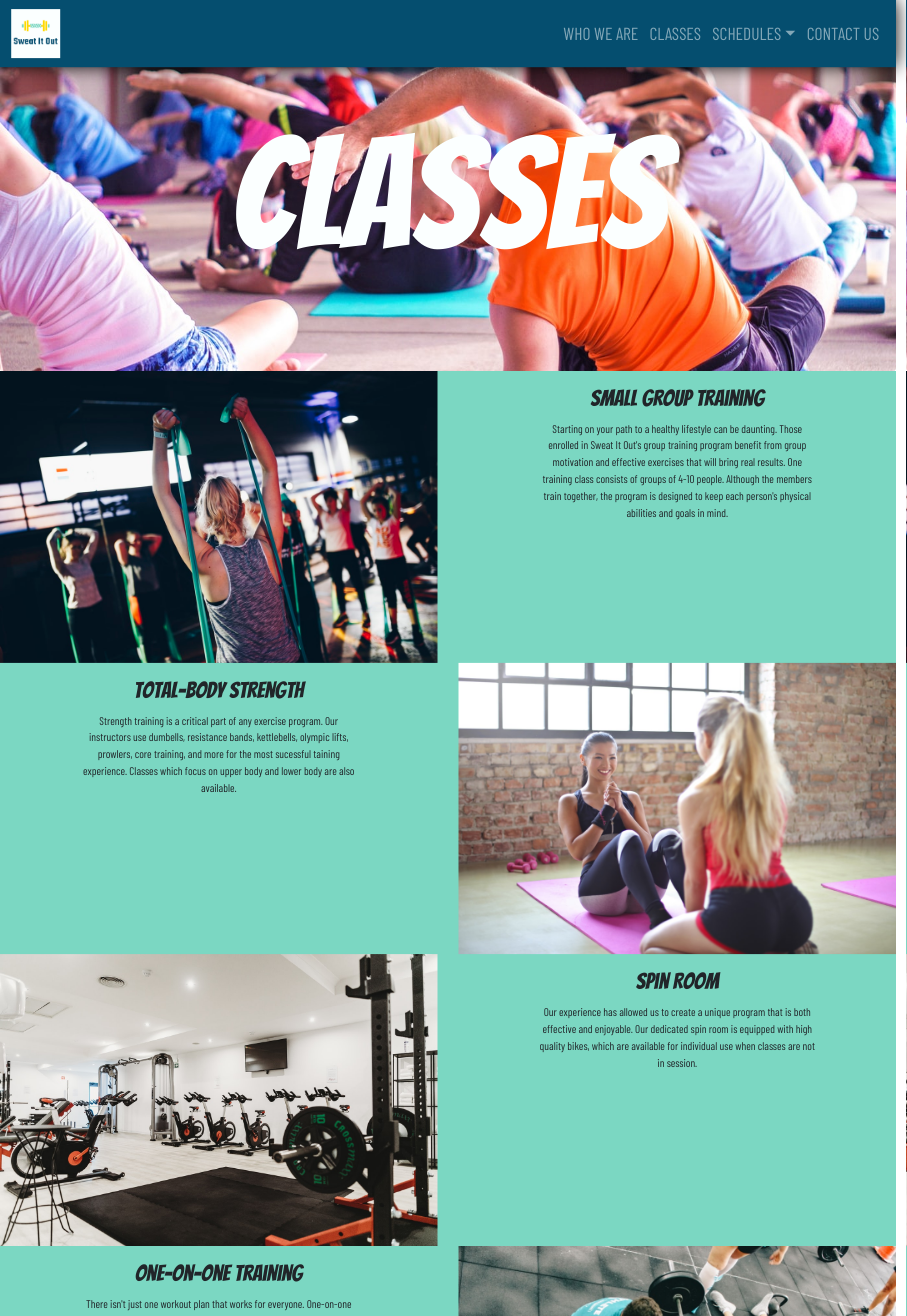
Repository: amybru/sweatitout
Page: classes.html
The author's editor kept a record of every edit. The page is drawn from the files as they stood at one moment, then again after the next edit.
The browser window is 1280 px wide. The page is 1295 px wide, so the pictures cover 1295 px, including what lies to the right of the window. The pictures show the part of the page from y = 0 to 1880 px (the page is 2873 px tall), at 70% of full size.
Some web fonts or font styles are not loaded; a fallback is used. Some web libraries are served in a nearby version.

Above is the page before.

### classes.html
<!DOCTYPE html>
<html>

<head>
    <meta charset="utf-8">
    <meta name="viewport" content="width=device-width, initial-scale=1.0">
    <link rel="stylesheet" href="https://maxcdn.bootstrapcdn.com/bootstrap/4.2.1/css/bootstrap.min.css" type="text/css" />
    <link rel="stylesheet" href="https://maxcdn.bootstrapcdn.com/font-awesome/4.7.0/css/font-awesome.min.css" type="text/css" />
    <link href="https://fonts.googleapis.com/css?family=Bangers|Barlow+Condensed:200,300,400,500,700&display=swap" rel="stylesheet">
    <link rel="stylesheet" type="text/css" href="css/style.css">
    <title>Gym</title>
</head>

<body>

    <header>
        <nav class="navbar navbar-expand-lg navbar-dark bg-default fixed-top">
            <a class="navbar-brand" href="index.html">
    <img src="./img/logo.png" width="70" height="70" alt="logo">
  </a>
            <button class="navbar-toggler" type="button" data-toggle="collapse" data-target="#navbarNavDropdown" aria-controls="navbarNavDropdown" aria-expanded="false" aria-label="Toggle navigation">
    <span class="navbar-toggler-icon"></span>
  </button>
            <div class="collapse navbar-collapse" id="navbarNavDropdown">
                <ul class="navbar-nav ml-auto">
                    <li class="nav-item">
                        <a class="nav-link uppercase" href="about.html">Who We Are</a>
                    </li>
                    <li class="nav-item">
                        <a class="nav-link uppercase" href="classes.html">Classes</a>
                    </li>
                    <li class="nav-item dropdown d-none d-lg-block">
                        <a class="nav-link dropdown-toggle uppercase" href="#" id="navbarDropdownMenuLink" role="button" data-toggle="dropdown" aria-haspopup="true" aria-expanded="false">Schedules</a>
                        <div class="dropdown-menu" aria-labelledby="navbarDropdownMenuLink">
                            <a class="dropdown-item uppercase" href="./img/2018schedule.pdf" target="_blank">2018 Schedule</a>
                            <a class="dropdown-item uppercase" href="./img/2019schedule.pdf" target="_blank">2019 Schedule</a>
                            <a class="dropdown-item uppercase" href="./img/2019schedule.pdf" target="_blank">2020 Schedule</a>
                        </div>
                    </li>
                    <li class="nav-item">
                        <a class="nav-link uppercase" href="contact.html">Contact Us</a>
                    </li>
                </ul>
            </div>
        </nav>
    </header>

    <section class="jumbotron" id="classes-view">
        <div class="row">
            <div class="col-12">
                <section class="callout">
                    <h1 class="gym-name">Classes</h1>
                </section>
            </div>
        </div>
    </section>

    <section class="container-fluid classesavailable">
        <div class="row">
            <div class="col-md-6 order-2 order-md-1">
                <img class="img-fluid" src="./img/gymthree.jpg" alt="Small Group" id="optionone">
            </div>
            <div class="col-md-6 text-center order-1 order-md-2">
                <div class="row justify-content-center">
                    <div class="col-10 col-lg-8 blurb">
                        <h4 class="card-title">Small Group Training</h4>
                        <p class="card-text">Starting on your path to a healthy lifestyle can be daunting. Those enrolled in Sweat It Out's group training program benefit from group motivation and effective exercises that will bring real results. One training class consists of groups of 4-10 people. Although the members train together, the program is designed to keep each person's physical abilities and goals in mind. </p>
                    </div>
                </div>
            </div>
        </div>

        <div class="row">
            <div class="col-md-6 text-center order-2 order-md-1">
                <div class="row justify-content-center">
                    <div class="col-10 col-lg-8 blurb">
                        <h4 class="card-title">Total-Body Strength</h4>
                        <p class="card-text">
                            Strength training is a critical part of any exercise program. Our instructors use dumbells, resistance bands, kettlebells, olympic lifts, prowlers, core training, and more for the most sucessful taining experience. Classes which focus on upper body and lower body are also available.
                        </p>
                    </div>
                </div>
            </div>
            <div class="col-md-6 order-2 order-md-1">
                <img class="img-fluid" src="./img/gymone.jpeg" alt="Total Body Strength" id="optiontwo">
            </div>
        </div>


        <div class="row">
            <div class="col-md-6 order-2 order-md-1">
                <img class="img-fluid" src="./img/classesone.jpg" alt="Spinroom" id="optionthree">
            </div>
            <div class="col-md-6 text-center order-1 order-md-2">
                <div class="row justify-content-center">
                    <div class="col-10 col-lg-8 blurb">
                        <h4 class="card-title">Spin Room</h4>
                        <p class="card-text">Our experience has allowed us to create a unique program that is both effective and enjoyable. Our dedicated spin room is equipped with high quality bikes, which are available for individual use when classes are not in session.</p>
                    </div>
                </div>
            </div>
        </div>

        <div class="row">
            <div class="col-md-6 text-center order-2 order-md-1">
                <div class="row justify-content-center">
                    <div class="col-10 col-lg-8 blurb">
                        <h4 class="card-title">One-On-One Training</h4>
                        <p class="card-text">There isn't just one workout plan that works for everyone. One-on-one training is a personalized training oportunity. Your trainer will work with you to help you set and reach your goals. Reward yourself with improved health, mood, confidence, energy and longevity.</p>
                    </div>
                </div>
            </div>
            <div class="col-md-6 order-2 order-md-1">
                <img class="img-fluid" src="./img/gymtwo.jpg" alt="One-On-One" id="optionfour">
            </div>
        </div>

    </section>



    <section class="scheduling ">
        <table>
            <tr>
                <td class="weekday">Sunday</td>
                <td class="weekday">Monday</td>
                <td class="weekday">Tuesday</td>
                <td class="weekday">Wednesday</td>
                <td class="weekday">Thursday</td>
                <td class="weekday">Friday</td>
                <td class="weekday">Saturday</td>
            </tr>
            <tr>
                <td></td>
                <td>5:30am Lower-Body Burn</td>
                <td></td>
                <td>6:00am Upper-Body burn</td>
                <td>5:30am Lower-Body Burn</td>
                <td>6:00am Upper-Body Burn</td>
                <td></td>
            </tr>
            <tr>
                <td>7:00am Total Body Strength</td>
                <td></td>
                <td>7:00am Total Body Strength</td>
                <td></td>
                <td>7:00am Total Body Strength</td>
                <td></td>
                <td>7:00am Total Body Strength</td>
            </tr>
            <tr>
                <td>9:00am Spin Room</td>
                <td></td>
                <td></td>
                <td></td>
                <td></td>
                <td>9:00am Spin Room</td>
                <td>9:00am Spin Room</td>
            </tr>
            <tr>
                <td></td>
                <td></td>
                <td></td>
                <td>5:30pm Upper-Body Burn</td>
                <td>6:30pm Lower-Body Burn</td>
                <td>5:30pm Upper-Body Burn</td>
                <td>4:30pm Lower-Body Burn</td>
            </tr>
            <tr>
                <td>7:00pm Total Body Strength</td>
                <td>6:30pm Lower-Body Burn</td>
                <td>7:00pm Total Body Strength</td>
                <td></td>
                <td>7:00pm Total Body Strength</td>
                <td></td>
                <td>7:00pm Spin Room</td>
            </tr>
        </table>
    </section>

    <div class="row" id="schedule">
        <div class="col-sm-6">
            <h5 class="uppercase general-sub">Download the most up to date schedule</h5>
            <a href="./img/2019schedule.pdf" target="_blank" class="schedule-pdf" target="_blank">
                    <i class="fa fa-download" aria-hidden="true"></i>
                    <span class="sr-only">Download link</span>
                </a>
        </div>

        <div class="col-sm-6">
            <h5 class="uppercase general-sub">Questions? Interested in signing up for a class?</h5>
            <a href="contact.html" class="btn btn-lg classesbtn uppercase">Sign up today!</a>
        </div>
    </div>


    <footer class="footer container-fluid" id="footer">
        <div>
            <div id="footer-details">
                <h5 class="footer-name uppercase">SWEAT IT OUT</h5>
                <p class="block">123 1st Street<br> (555) 222-2323</p>
            </div>

            <div class="footer-social">
                <ul class="list-inline social-links">
                    <li class="list-inline-item">
                        <a target="_blank" href="https://www.facebook.com/">
                            <i class="fa fa-facebook" aria-hidden="true"></i>
                            <span class="sr-only"Facebook></span>
                        </a>
                    </li>
                    <li class="list-inline-item">
                        <a target="_blank" href="https://www.yelp.com/">
                            <i class="fa fa-yelp" aria-hidden="true"></i>
                            <span class="sr-only"Yelp></span>
                        </a>
                    </li>
                    <li class="list-inline-item">
                        <a target="_blank" href="https://www.google.com/">
                            <i class="fa fa-google-plus" aria-hidden="true"></i>
                            <span class="sr-only"Google+></span>
                        </a>
                    </li>
                    <li class="list-inline-item">
                        <a target="_blank" href="https://www.instagram.com/">
                            <i class="fa fa-instagram" aria-hidden="true"></i>
                            <span class="sr-only"Instagram></span>
                        </a>
                    </li>
                    <li class="list-inline-item">
                        <a target="_blank" href="https://twitter.com/?lang=en">
                            <i class="fa fa-twitter" aria-hidden="true"></i>
                            <span class="sr-only"Twitter></span>
                        </a>
                    </li>
                </ul>
            </div>
        </div>

    </footer>

</body>

<script src="https://code.jquery.com/jquery-3.3.1.slim.min.js" integrity="sha384-q8i/X+965DzO0rT7abK41JStQIAqVgRVzpbzo5smXKp4YfRvH+8abtTE1Pi6jizo" crossorigin="anonymous"></script>
<script src="https://cdnjs.cloudflare.com/ajax/libs/popper.js/1.14.7/umd/popper.min.js" integrity="sha384-UO2eT0CpHqdSJQ6hJty5KVphtPhzWj9WO1clHTMGa3JDZwrnQq4sF86dIHNDz0W1" crossorigin="anonymous"></script>
<script src="https://stackpath.bootstrapcdn.com/bootstrap/4.3.1/js/bootstrap.min.js" integrity="sha384-JjSmVgyd0p3pXB1rRibZUAYoIIy6OrQ6VrjIEaFf/nJGzIxFDsf4x0xIM+B07jRM" crossorigin="anonymous"></script>

</html>

### css/style.css
/* ----------------------------------------General */

body {
    font-family: 'Barlow Condensed', sans-serif;
    font-size: 400;
    margin-top: 80px;
    margin-bottom: 0;
}

h1 {
    font-family: 'Bangers', sans-serif;
}

.card-button {
    display: block;
    max-width: 300px;
    margin: auto;
    font-family: 'Bangers', sans-serif;
    font-weight: bold;
    border-radius: 23px;
    width: 160px;
    margin-top: 20px;
    background-color: #054e6f;
    color: #fbffff;
}

.card-button:hover {
    background-color: #ffd900;
    color: #fbffff;
}

.reviewb {
    background-color: #054e6f;
    color: #fbffff;
    border-radius: 23px;
    font-family: 'Bangers', sans-serif;
}

.reviewb:hover {
    background-color: #67c60a;
    color: #fbffff;
}

.modalbtn {
    color: #054e6f;
    background-color: #ffd900;
    border-color: #f05f40;
    border-radius: 23px;
    font-family: 'Bangers', sans-serif;
}

.landingbutton {
    color: #054e6f;
    background-color: #ffd900;
    border-radius: 23px;
    border-color: #054e6f;
    font-family: 'Bangers', sans-serif;
}

.landingbutton:hover {
    color: #ffd900;
    background-color: #054e6f;
}

.free-button {
    display: block;
    max-width: 500px;
    margin: auto;
    font-family: 'Bangers', sans-serif;
    font-weight: bold;
    border-radius: 23px;
    width: 300px;
    margin-top: 40px;
    background-color: #054e6f;
    color: #fbffff;
}

.free-button:hover {
    background-color: #67c60a;
    color: #fbffff;
}

.btn-contact[type="submit"] {
    margin-top: 20px;
    margin-bottom: 30px;
    color: #000;
    background-color: #ffd900;
    font-family: 'Bangers', sans-serif;
}

.btn-contact:hover {
    color: #ffd900;
    background-color: #000;
}

.uppercase {
    text-transform: uppercase;
}

/* ----------------------------------------Navbar*/

nav {
    background-color: #054e6f;
    position: fixed;
    top: 0;
    left: 0;
    right: 0;
    display: flex;
    box-shadow: 0 0 25px 0 #000;
    z-index: 1;
}


.navbar-brand {
    width: 80px;
    height: 80px;
    transition: transform .2s;
}

.navbar-brand:hover {
    transform: scale(1.25);
}

.navbar-nav li a {
    text-decoration: none;
    color: #fbffff;
    font-size: 25px;
    border-radius: 23px;
    text-align: right;
    transition-property: background-color;
    transition-duration: .5s;
    transition-timing-function: ease-in-out;
}

.navbar-nav li a:hover {
    color: #054e6f;
    background-color: #fbffff;
    border-radius: 23px;
}

.dropdown-menu {
    background-color: #ffd900;
    color: #054e6f;
    position: relative;
}

.dropdown-item {
    background-color: #ffd900;
    color: #054e6f;
    border-radius: 23px;
}

.dropdown-item:hover {
    color: #054e6f;
    background-color: #fbffff;
    transition-property: background-color;
    transition-duration: .5s;
    transition-timing-function: ease-in-out;
}

/* ---------------------------------------Jumbotrons */

.jumbotron {
    height: 22em;
    display: flex;
    justify-content: center;
    text-align: center;
    position: relative;
    margin-bottom: 0;
}

#landing-view {
    background-image: url("../img/fit.jpg");
    max-height: 450px;
    background-position: center;
    background-repeat: no-repeat;
    background-size: cover;
    text-align: center;
    font-size: 2vw;
    color: #fbffff;
}

#about-view {
    background-image: url("../img/sweatitoutgym.jpg");
    max-height: 450px;
    background-position: center;
    background-repeat: no-repeat;
    background-size: cover;
    text-align: center;

    font-size: 2.5vw;
    color: #fbffff;
}

#classes-view {
    background-image: url("../img/workout.jpg");
    max-height: 450px;
    background-position: center;
    background-repeat: no-repeat;
    background-size: cover;
    text-align: center;

    font-size: 2.5vw;
    color: #fbffff;
}

#contact-view {
    background-image: url("../img/gymfour.jpg");
    max-height: 400px;
    background-position: center;
    background-repeat: no-repeat;
    background-size: cover;
    text-align: center;

    font-size: 2.5vw;
    color: #fbffff;
}

/* ----------------------------------------Footer */


footer {
    background-color: #054e6f;
    color: #fbffff;
    text-align: center;
     min-height: 130px;
     margin-bottom: 0;
}

.social-links {
    padding-bottom: 15px;
}

.social-links li a i {
    width: 32px;
    height: 32px;
    padding: 12px 0;
    border-radius: 50%;
    font-size: 13px;
    line-height: 7px;
    text-align: center;
    color: #fbffff;
    background: #000;
    transition: all 0.35s ease-in-out;
    -moz-transition: all 0.35s ease-in-out;
    -webkit-transition: all 0.35s ease-in-out;
    -o-transition: all 0.35s ease-in-out;
}

.social-links li a i:hover {
    background-color: #ffd900;
}

#footer-details {
    padding: 20px;
}

.navbar-toggler {
    color: #fbffff;
}

/* ----------------------------------------Home page styles */

.bg-color-about-landing {
    background-color: #fbffff;
    padding-top: 10px;
    margin-top: 10px;
    margin-bottom: 35px;
}

.bg-color-services-landing {
    background-color: #7bd7c2;
    padding: 40px;
}

.bg-color-review-landing {
    background-color: #ffd900;
}

.about-landing-page h3 {
    font-size: 60px;
    font-family: 'Bangers', sans-serif;
}

.about-landing-page p {
    font-size: 30px;
}

.gym-name {
    font-size: 7em;
}

.card-main {
    margin: 20px 10px;
    transition: transform .2s;
}

.card-main:hover {
    transform: scale(1.25);
}

.card-title {
    font-family: 'Bangers', sans-serif;
}

.review {
    padding-top: 3em;
    padding-bottom: 2em;
    margin: 0;
}

#reviews {
    font-family: 'Bangers', sans-serif;
    font-size: 40px;
}

/* ----------------------------------------About Page styles */

.about-about {
    background-color: #fbffff;
    margin: 0;
}

.about-about p {
    font-size: 35px;
}

.about-gallery {
    background-color: #7bd6c2;
    padding: 20px;
    margin: 0;
}

.about-gallery .flex {
    display: flex;
    padding: 30px;
}

.about-gallery h2 {
    margin-bottom: 40px;
    font-family: 'Bangers', sans-serif;
    font-size: 55px;
    padding-top: 20px;
    padding-left: 30px;
}

.about-gallery h3 {
    font-weight: 400;
    width: 100%;
    font-size: 32px;
    font-family: 'Bangers', sans-serif;
    line-height: 1;
}

.about-gallery p {
    font-weight: 400;
    margin-top: 5px;
    font-size: 18px;
    max-width: 600px;
    text-align: justify;
}

.about-gallery .photo {
    width: 208px;
    height: 211px;
    border-radius: 50%;
    position: relative;
    margin-right: 5px;
}

.about-gallery .border {
    border: 5px solid #fbffff;
}

.instructor-details {
    padding-left: 30px;
    padding-right: 100px;
}


.about-skills {
    background-color: #054e6f;
    padding-top: 20px;
    padding-bottom: 20px;
    margin: 0;
}

.about-skills h3 {
    font-family: 'Bangers', sans-serif;
    font-size: 60px;
    text-align: center;
    color: #fff;
}

.about-skills h4 {
    font-family: 'Bangers', sans-serif;
    font-size: 30px;
    color: #ffd900;
}

.about-skills p {
    margin-bottom: 0;
    padding: 0;
    text-align: right;
    color: #fbffff;
}

.about-signup {
    background-color: #ffd900;
    text-align: center;
    padding-top: 50px;
    padding-bottom: 20px;
}

.about-signup h3 {
    font-family: 'Bangers', sans-serif;
    font-size: 55px;
}

.about-signup p {
    font-size: 30px;
}

/* ----------------------------------------Classes page styles*/

.classesavailable {
    background-color: #7bd7c2;
    padding: 0;
    align-items: center;
}

.blurb {
    padding: 20px;
}

.content {
    align-items: center;
}

.blurb h4 {
    font-size: 2rem;
}

#optionone {
    padding-left: 0;
    background-position: center;
    background-repeat: no-repeat;
    background-size: cover;
    text-align: center;
}

#optiontwo {
    padding-right: 0;
    background-position: center;
    background-repeat: no-repeat;
    background-size: cover;
    text-align: center;
}

#optionthree {
    padding-left: 0;
    background-position: center;
    background-repeat: no-repeat;
    background-size: cover;
    text-align: center;
}

#optionfour {
    padding-right: 0;
    background-position: center;
    background-repeat: no-repeat;
    background-size: cover;
    text-align: center;
}




table {
    border-collapse: collapse;
    border: 2px solid rgb(200, 200, 200);
    letter-spacing: 1px;
    font-size: 0.8rem;
    margin-bottom: 10px;
    margin-top: 30px;
}

.weekday {
    font-family: 'Bangers', sans-serif;
    font-size: 20px;

}

td,
th {
    border: 1px solid rgb(190, 190, 190);
    padding: 10px 20px;
}

th {
    background-color: rgb(235, 235, 235);
}

td {
    text-align: center;
}

@media only screen and (max-width: 1026px) {
  .scheduling  {
    display: none;
  }
}

.schedule-pdf i {
    font-size: 25px;
    color: #ffd900;
    background-color: #054e6f;
    width: 45px;
    height: 45px;
    padding: 20px 0px;
    border-radius: 50%;
    line-height: 6px;
    text-align: center;
    transition: all 0.35s ease-in-out;
    -moz-transition: all 0.35s ease-in-out;
    -webkit-transition: all 0.35s ease-in-out;
    -o-transition: all 0.35s ease-in-out;
}

.schedule-pdf i:hover {
    color: #054e6f;
    background-color: #ffd900;
}

.classesbtn {
    background-color: #054e6f;
    color: #ffd900;
    border-radius: 23px;
    font-family: 'Bangers', sans-serif;
}

.classesbtn:hover {
    background-color: #ffd900;
    color: #054e6f;
}

#schedule {
    padding: 15px;
}

#schedule h5 {
    font-family: 'Bangers', sans-serif;
    font-size: 2.5em;
}


/* ----------------------------------------Contact page styles*/

.column {
    float: left;
    margin-top: 0px;
    padding-top: 10px;
    margin-bottom: 30px;
}

.left {
    width: 40%;
    background-color: #7bd7c2;;
    text-align: center;
}

.right {
    width: 60%;
    background-color: #fbffff;
    justify-content: center;
}

.contact-gym-name {
    font-family: 'Bangers', sans-serif;
    font-size: 50px;
}

.contact-info-item .key {
    font-size: 30px;
    font-weight: 600;
}

.contact-info-item .value {
    font-size: 25px;
}


.contact-gym-hours {
    font-family: 'Bangers', sans-serif;
    font-size: 40px;
}

.buisness-info-item {
    background-color: white;
}

.buisness-info-item .key {
    font-size: 30px;
    font-weight: 600;
}

.buisness-info-item .value {
    font-size: 25px
}

.contact-form {
    padding-left: 100px;
    padding-right: 100px;
}

form {
    padding-top: 15px;
}

.contact-form h3 {
    font-family: 'Bangers', sans-serif;
    font-size: 50px;
}

.contact-form h5 {
    font-family: 'Bangers', sans-serif;
    font-size: 30px;
}

.contact-heading {
    font-family: 'Bangers', sans-serif;
    font-size: 50px;
}

After the next edit:
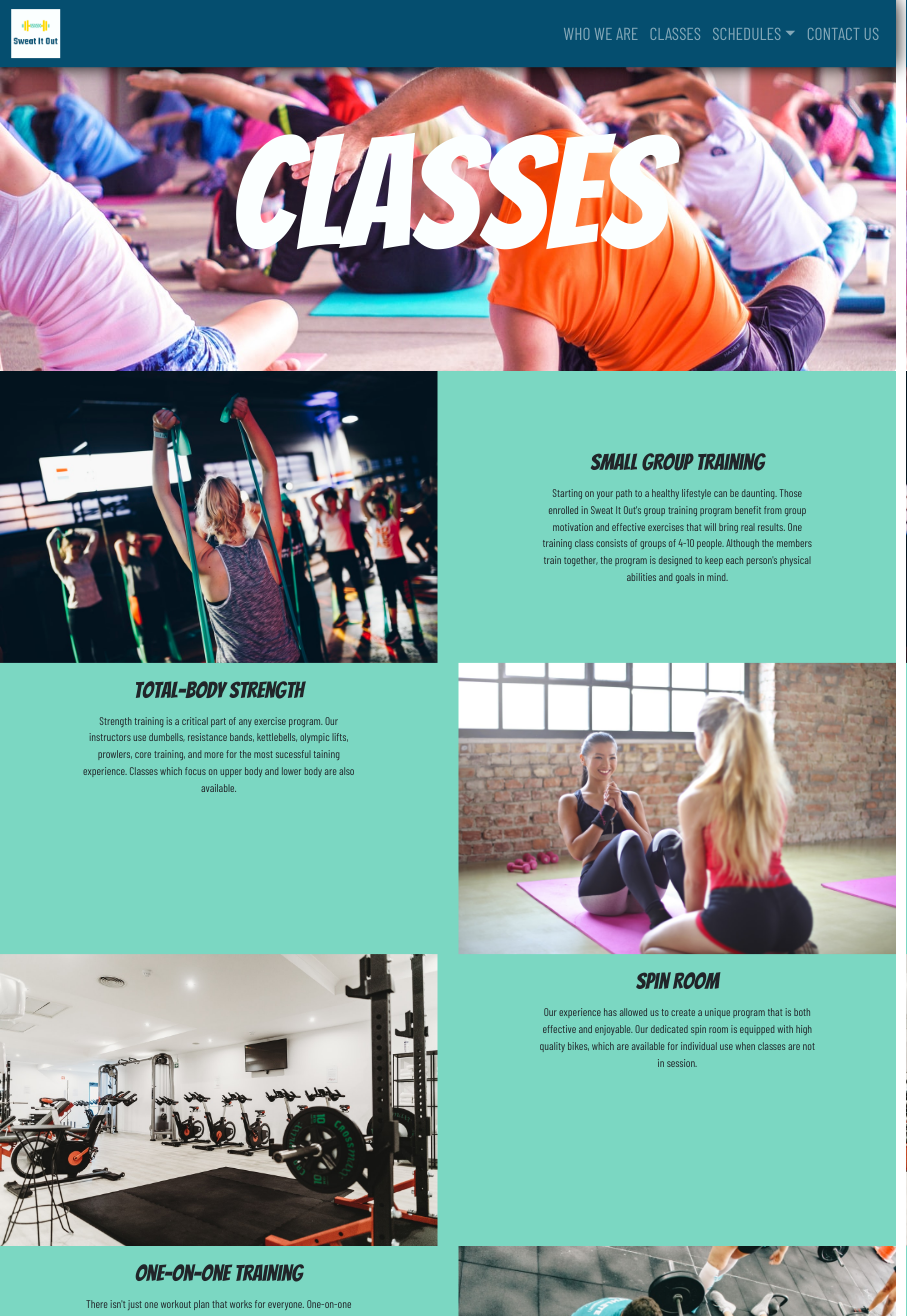
The edit:
--- a/classes.html
+++ b/classes.html
@@ -56,7 +56,7 @@
     </section>
 
     <section class="container-fluid classesavailable">
-        <div class="row">
+        <div class="row align-items-center content">
             <div class="col-md-6 order-2 order-md-1">
                 <img class="img-fluid" src="./img/gymthree.jpg" alt="Small Group" id="optionone">
             </div>
